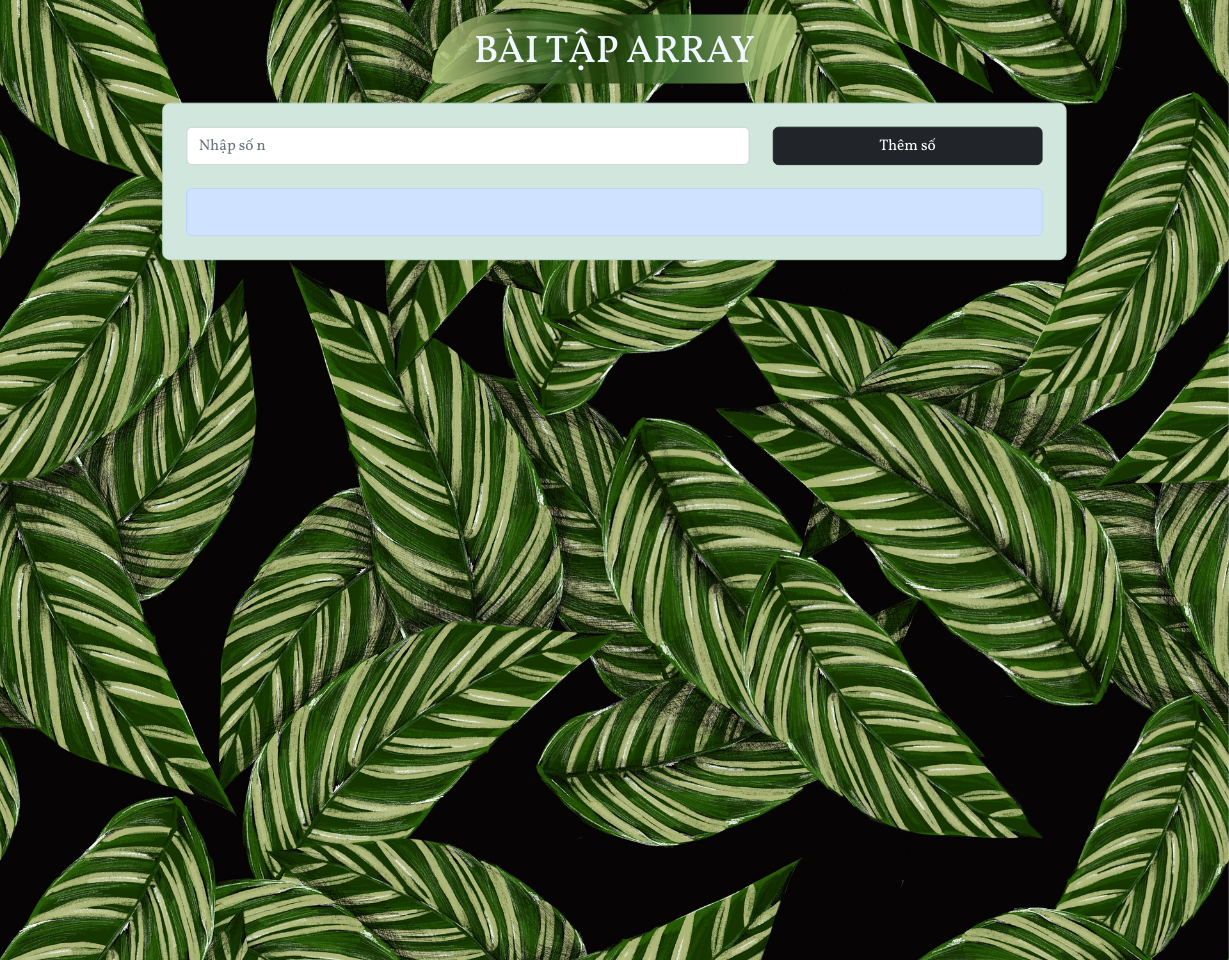
Repository: hcozyph/TranHuuPhuoc_BC43_BT_JS_Buoi7_8_ARRAY
Page: index.html
An editor plug-in stored every save of this project. The page is shown before and after the next save, followed by the edit.
The browser window is 1280 px wide. The pictures show the whole page, at 96% of full size.

Above is the page before, as saved 2023-02-20 22:37:29.

After the next save:
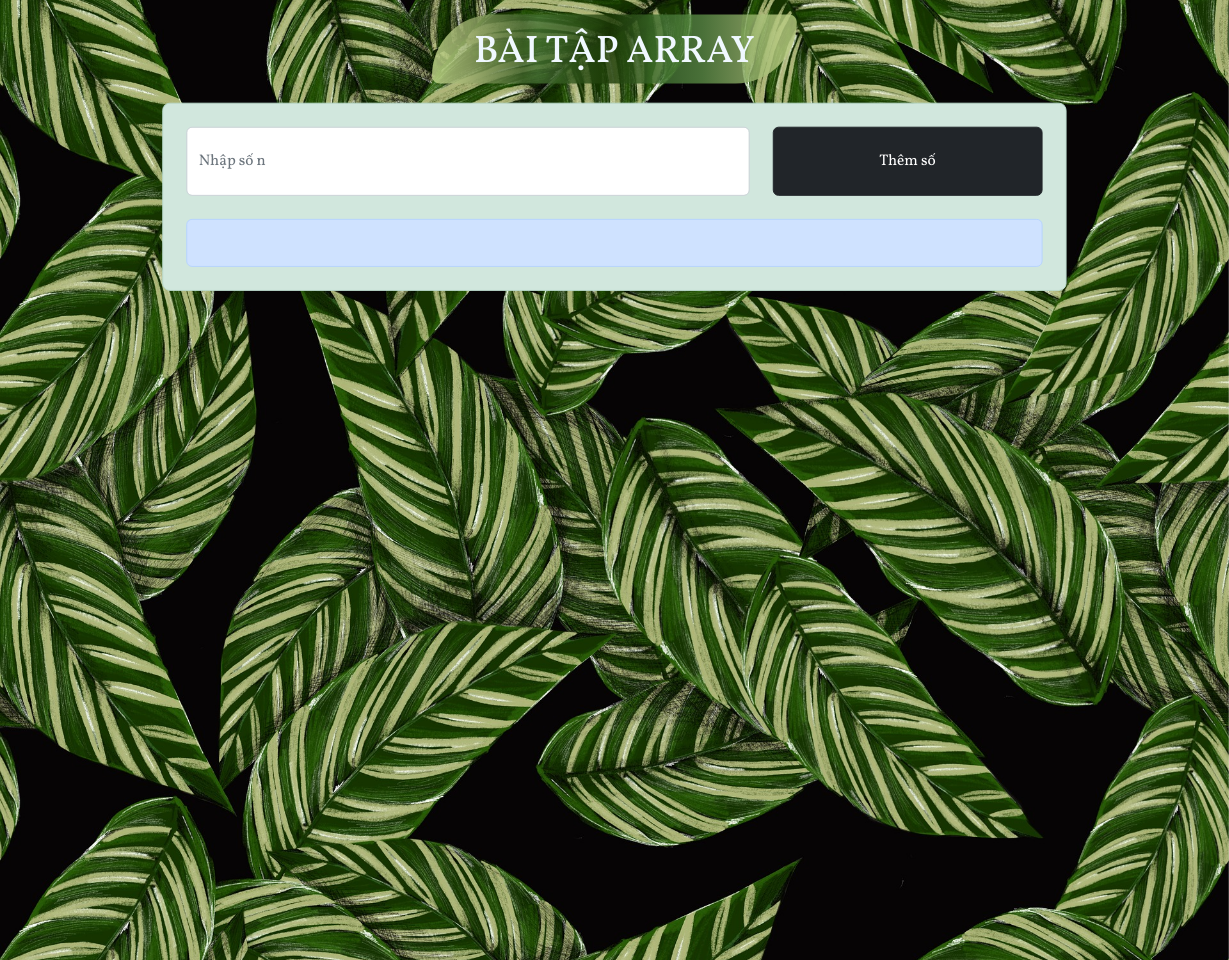
Saved 38 s later.
--- a/index.html
+++ b/index.html
@@ -43,7 +43,7 @@
                             <input
                                 id="user-input"
                                 type="number"
-                                class="form-control py-2"
+                                class="form-control py-4"
                                 placeholder="Nhập số n"
                                 style="height: 100%"
                             />

After the save that followed:
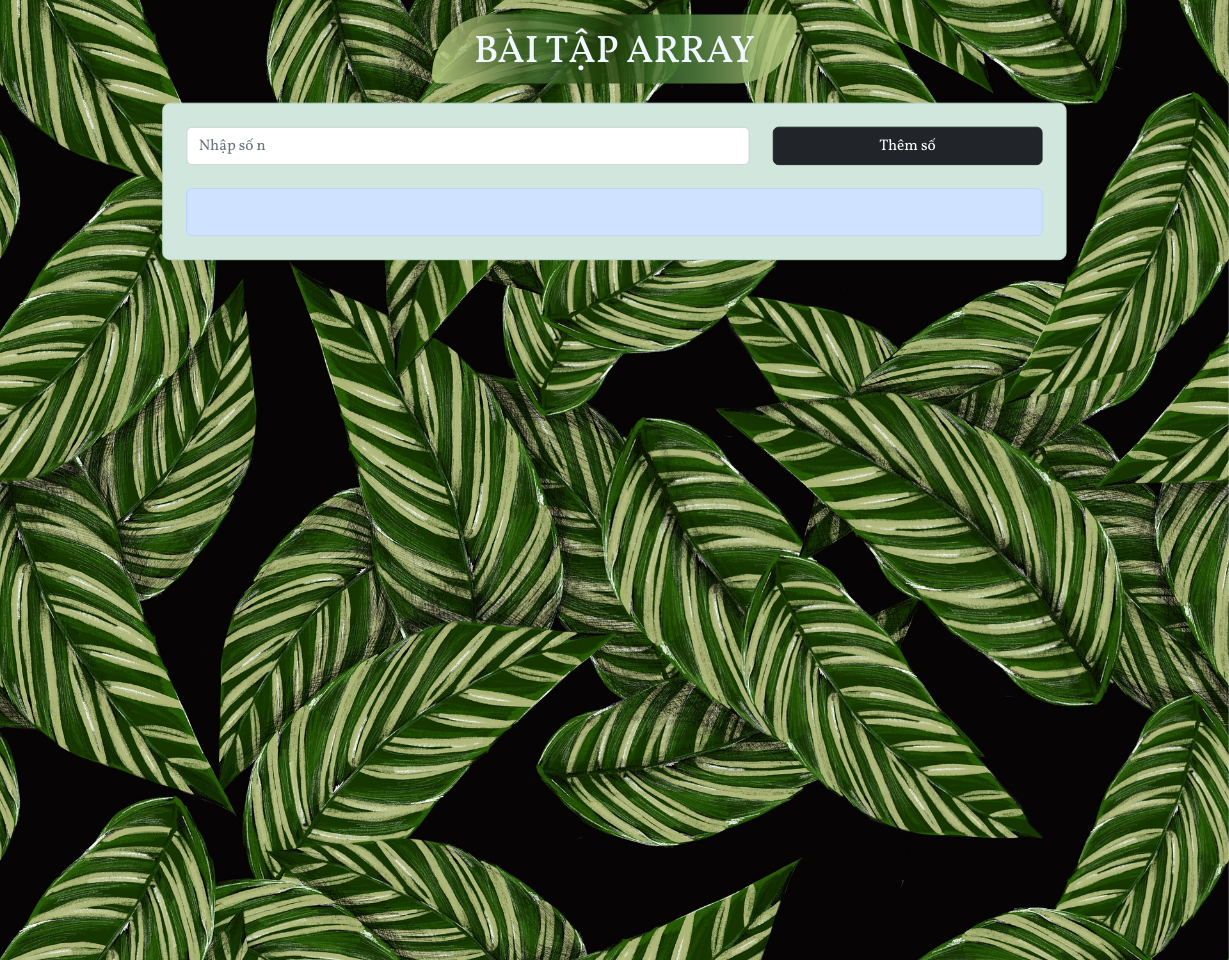
Saved 9 s later.
--- a/index.html
+++ b/index.html
@@ -43,7 +43,7 @@
                             <input
                                 id="user-input"
                                 type="number"
-                                class="form-control py-4"
+                                class="form-control py-2"
                                 placeholder="Nhập số n"
                                 style="height: 100%"
                             />
